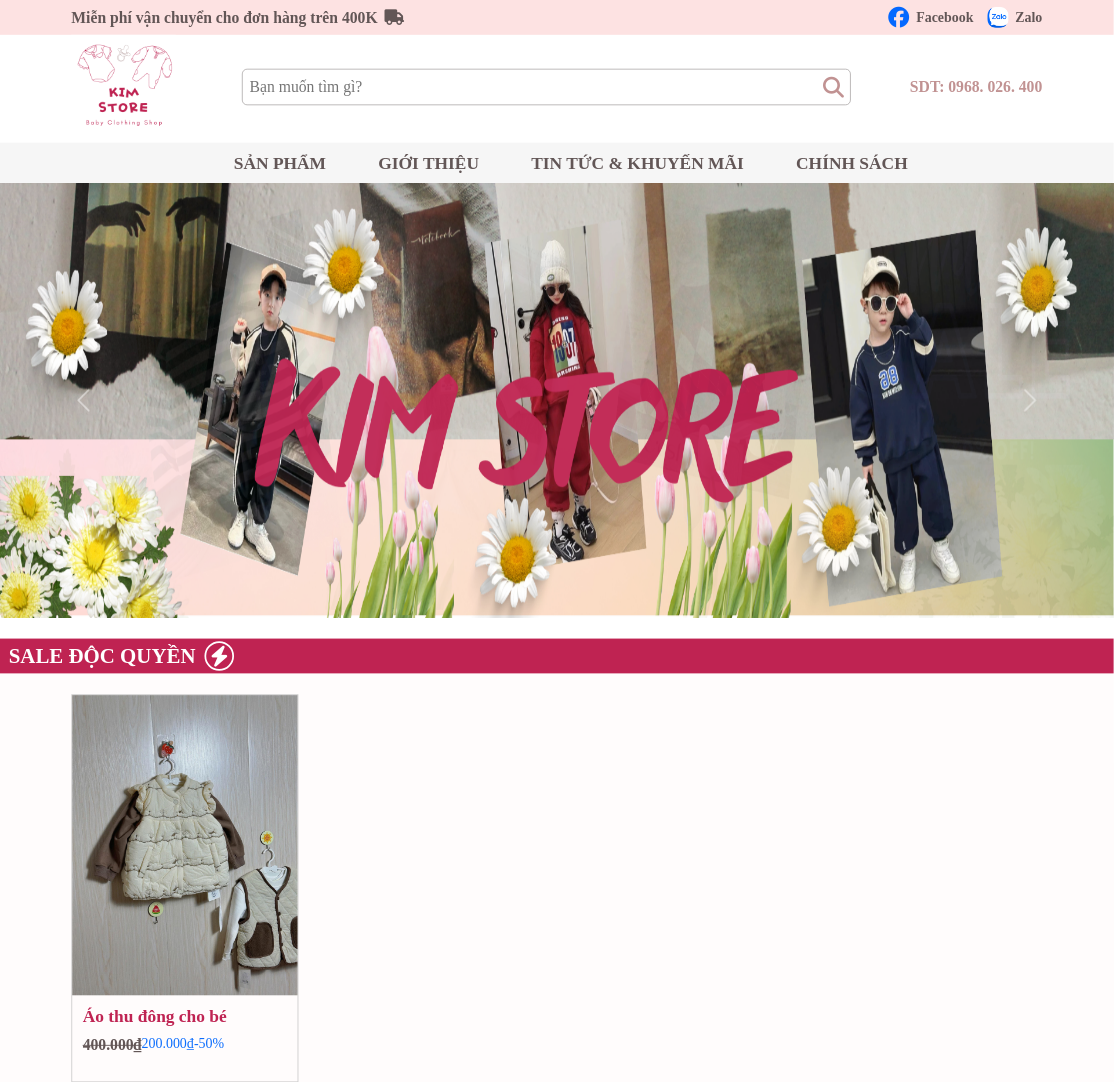
Repository: hoang28092000/kim-store
Page: index.html
These files come from the project's save history. The page is drawn as it stood at one moment and after the next save; the edit follows.
The browser window is 1280 px wide. The pictures show the whole page, at 87% of full size.
Some web libraries are served in a nearby version.

Above is the page before, as saved 2024-11-01 15:32:49.

### index.html
<!DOCTYPE html>
<html lang="en">
<head>
    <meta charset="UTF-8">
    <meta name="viewport" content="width=device-width, initial-scale=1.0">
    <link href="https://cdn.jsdelivr.net/npm/bootstrap@5.0.2/dist/css/bootstrap.min.css" rel="stylesheet" integrity="sha384-EVSTQN3/azprG1Anm3QDgpJLIm9Nao0Yz1ztcQTwFspd3yD65VohhpuuCOmLASjC" crossorigin="anonymous">
    <link rel="stylesheet" href="https://cdnjs.cloudflare.com/ajax/libs/font-awesome/6.6.0/css/all.min.css" integrity="sha512-Kc323vGBEqzTmouAECnVceyQqyqdsSiqLQISBL29aUW4U/M7pSPA/gEUZQqv1cwx4OnYxTxve5UMg5GT6L4JJg==" crossorigin="anonymous" referrerpolicy="no-referrer" />
    <link rel="stylesheet" href="asset/style.css">
    <title>KIM STORE</title>
</head>
<body>
    <div id="header">
        <div class="top_header ">
                <div class="container d-flex justify-content-between">
                    <div class="r-top_header d-flex align-items-center">
                        <p class="txt_bold mb-0 me-2">Miễn phí vận chuyển cho đơn hàng trên 400K</p>
                    <i class="fa-solid fa-truck icon-truck mb-0"></i>
                    </div>
                    <ul class="icons-header d-flex align-items-center mb-0">
                        <a href="" class="tag-a-top_header">
                            <li class="icon d-flex me-3">
                                <i class="fa-brands fa-facebook icon_fb me-2"></i>
                                <span class="txt-fb">Facebook</span>
                            </li>
                        </a>
                        <a href="" class="tag-a-top_header">
                            <li class="icon d-flex">
                                <img src="asset/image/icon_zalo.webp" alt="this is picture zalo" class="icon_zalo me-2">
                                <span class="txt-zalo">Zalo</span>
                             </li>
                        </a>
                    </ul>
                </div>
        </div>

        <div class="bottom_headder">
            <div class="container d-flex justify-content-between align-items-center">
                <a href="" class="">
                    <img src="asset/image/KIM-store.png" alt="this is logo" class="img_logo">
                </a>
                <div class="d-flex align-items-center">
                    <input type="text" class="search_header" placeholder="Bạn muốn tìm gì?">
                    <i class="fa-solid fa-magnifying-glass icon_search"></i>
                </div>
                <span class="sdt_header">SDT: 0968. 026. 400</span>
        </div>
    </div>


    <div id="navbar">
        <div class="container">
            <ul class="nav_links d-flex justify-content-center mb-0 py-2">
                <li class="item_link" ><a href="" class="nav_link">SẢN PHẨM</a></li>
                <li class="item_link" ><a href="" class="nav_link">GIỚI THIỆU</a></li>
                <li class="item_link" ><a href="" class="nav_link">TIN TỨC & KHUYẾN MÃI</a></li>
                <li class="item_link" ><a href="" class="nav_link">CHÍNH SÁCH</a></li>
            </ul>
        </div>
        <div class="banner">
            <div id="carouselExampleFade" class="carousel slide carousel-fade" data-bs-ride="carousel">
                <div class="carousel-inner">
                  <div class="carousel-item active">
                    <img src="asset/image/KIM_STORE.png" class="d-block w-100 banner" alt="this is banner">
                  </div>
                  <div class="carousel-item">
                    <img src="asset/image/banner2.png" class="d-block w-100 banner" alt="this is banner 2">
                  </div>
                  <div class="carousel-item">
                    <img src="asset/image/banner3.png" class="d-block w-100 banner" alt="this is banner 3">
                  </div>
                </div>
                <button class="carousel-control-prev" type="button" data-bs-target="#carouselExampleFade" data-bs-slide="prev">
                  <span class="carousel-control-prev-icon" aria-hidden="true"></span>
                  <span class="visually-hidden">Previous</span>
                </button>
                <button class="carousel-control-next" type="button" data-bs-target="#carouselExampleFade" data-bs-slide="next">
                  <span class="carousel-control-next-icon" aria-hidden="true"></span>
                  <span class="visually-hidden">Next</span>
                </button>
              </div>
        </div>
    </div>


    <div id="main" class="mt-4">
        <div class="title_txt d-flex align-items-center">
            <h3 class="txt_sale mb-0">SALE ĐỘC QUYỀN</h3>
            <i class="fa-solid fa-bolt icon_bold"></i>
        </div>
        <div class="container">
            <div class="row mt-4">
                <div class="col-lg-3">
                    <a href="" class="txt-decoration_none">
                        <div class="card_product">
                            <img src="asset/image/anh_1.jpg" class="img-card_product w-100" alt=" this is picture card">
                            <div class="info_card">
                                <h4 class="name_product">
                                    Áo thu đông cho bé
                                </h4>
                                <div class="price d-flex">
                                    <p class="price-no_sale">
                                        400.000₫
                                    </p>
                                    <p class="price_sale">
                                        200.000₫
                                    </p>
                                    <p class="percent">
                                        -50%
                                    </p>
                                </div>
                            </div>
                        </div>
                    </a>
                </div>
            </div>
        </div>
    </div>


    <div id="footer">

    </div>






    <script src="https://cdn.jsdelivr.net/npm/bootstrap@5.0.2/dist/js/bootstrap.bundle.min.js" integrity="sha384-MrcW6ZMFYlzcLA8Nl+NtUVF0sA7MsXsP1UyJoMp4YLEuNSfAP+JcXn/tWtIaxVXM" crossorigin="anonymous"></script>
</body>
</html>

### asset/style.css
*{
    margin: 0;
    padding: 0;
    box-sizing: border-box;
    font-family: Montserrat;
    list-style: none;
    text-decoration: none;
}
.txt-decoration_none{
    text-decoration: none;
}
.txt-16px{
    font-size: 16px;
    color: #625656;
}
.txt_bold{
    font-size: 18px;
    color: #625656;
    font-weight: 700;
}
#header{

}
#header .top_header{
    height: 40px;
    background-color: #FDE2E2;
}
.top_header .r-top_header{
    height: 40px;
}
.top_header .icon-truck{
    font-size: 18px;
    color: #625656;
}
.top_header .tag-a-top_header{
    text-decoration: none;
}
.top_header .icon_fb{
    font-size: 24px;
    color: #0468ff;
}
.top_header .icon_zalo{
    width: 24px;
    height: 24px;
}
.top_header .txt-fb , .top_header .txt-zalo{
    font-size: 16px;
    color: #625656;
    font-weight: 600;
}
.top_header .txt-fb:hover , .top_header .txt-zalo:hover{
    color: #fff;
}

#header .bottom_headder {
    height: 124px;
}
.bottom_headder .img_logo{
    width: 120px;
    height: 120px;
}
.bottom_headder .search_header {
    width: 700px;
    height: 42px;
    font-size: 18px;
    color: #625656;
    border-radius: 6px;
    border: 1px solid #b3b0b0;
    padding-left: 8px;
    outline: none;
}
.bottom_headder .icon_search{
    font-size: 24px;
    color: #c19292;
    margin-left: -32px;
}
.bottom_headder .icon_search:hover{
    opacity: 0.7;
    cursor: pointer;
}
.bottom_headder .sdt_header{
    font-size: 18px;
    font-weight: 600;
    color: #c19292;
}


/* navbar */
#navbar{
    background: #f6f6f6;
    height: auto;
}
#navbar .nav_links{
    list-style: none;
}

.nav_links .nav_link{
    font-size: 20px;
    color: #625656;
    text-decoration: none;
    padding: 11px 30px;
    font-weight: 600;
}
.nav_links .nav_link:hover{
    background-color: #c19292;
    color: #f6f6f6;
}

#navbar .banner{
    height: 500px;
}
#main{
    background-color: #fffcfc;
}
#main .title_txt{
    background-color: #bf2352;
    height: 40px;
}
#main .txt_sale{
    font-size: 24px;
    font-weight: 700;
    color: #fff;
    padding: 10px;
}
#main .icon_bold{
    font-size: 24px;
    border: #fff 2px solid;
    border-radius: 50px;
    padding: 3px 4px 3px 5px;
    color: #fff;
}
#main .card_product{
    border: 1px solid #ccc;

}
.card_product .info_card{
    padding: 12px;
}
.card_product .info_card .name_product{
    font-size: 20px;
    color: #bf2352;
    font-weight: 600;
}
.info_card .price-no_sale{
    font-size: 18px;
    color: #625656;
    font-weight: 600;
    text-decoration: line-through;
}
.info_card  .price-sale{
    font-size: 18px;
    color: #625656;
    font-weight: 600;
    color: #bf2352;
}

After the next save:
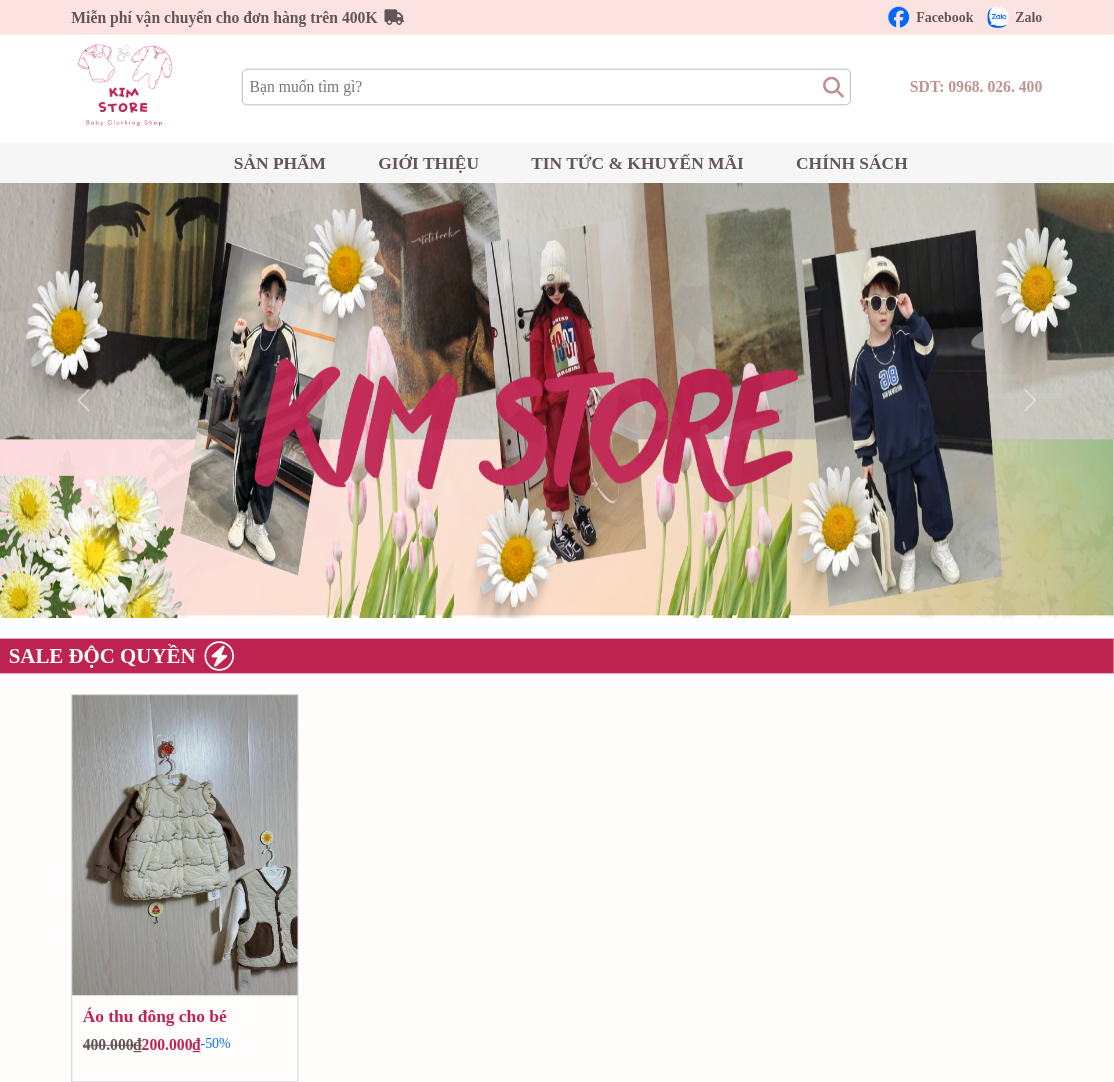
Saved 9 s later.
--- a/asset/style.css
+++ b/asset/style.css
@@ -147,7 +147,7 @@
     font-weight: 600;
     text-decoration: line-through;
 }
-.info_card  .price-sale{
+.info_card  .price_sale{
     font-size: 18px;
     color: #625656;
     font-weight: 600;
